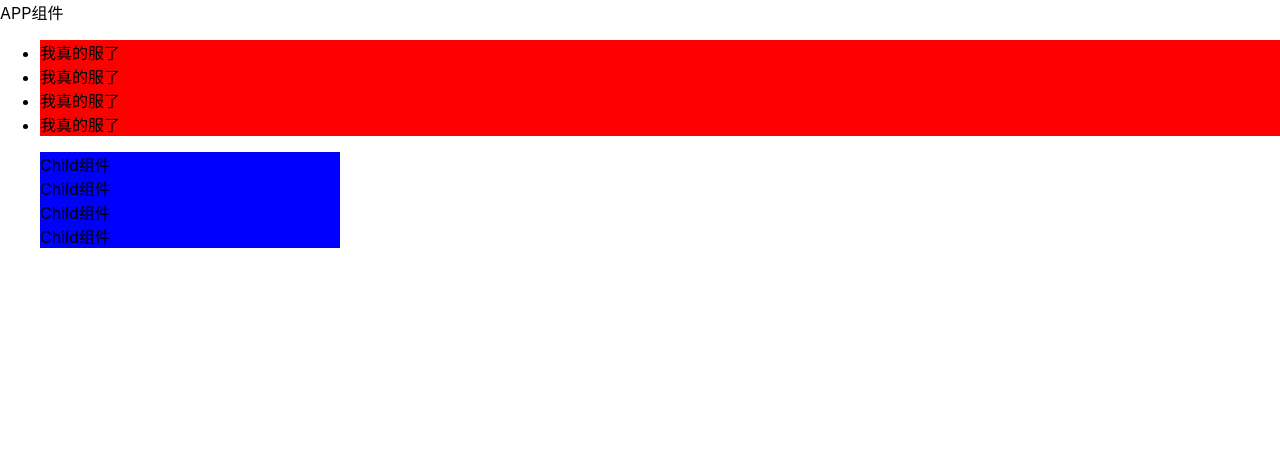
Repository: pagelam97/React-Test-Project
Page: /#/.
These files come from the project's save history. The page is drawn as it stood at one moment and after the next save; the edit follows.
The browser window is 1280 px wide. The pictures show the whole page.
The project was rebuilt for these pictures with package versions that can differ from the ones it lists, and the page was loaded fresh each time.

Above is the page before, as saved 2022-09-01 16:16:45.

After the next save:
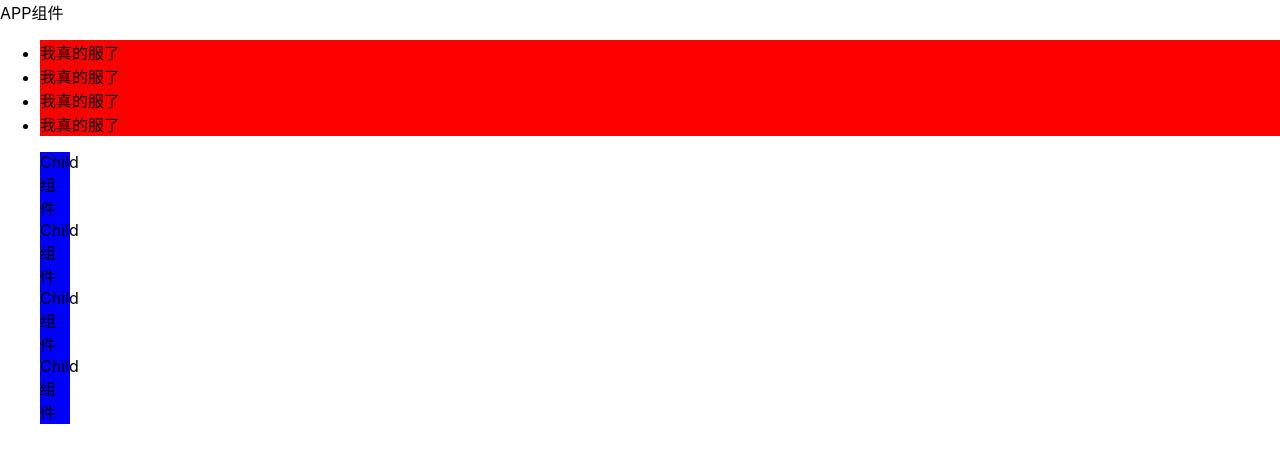
Saved 5 s later.
--- a/src/Child.module.scss
+++ b/src/Child.module.scss
@@ -1,4 +1,4 @@
-$width: 300px ;
+$width: 30px ;
 .childStyle {
   list-style: none;
   li {
